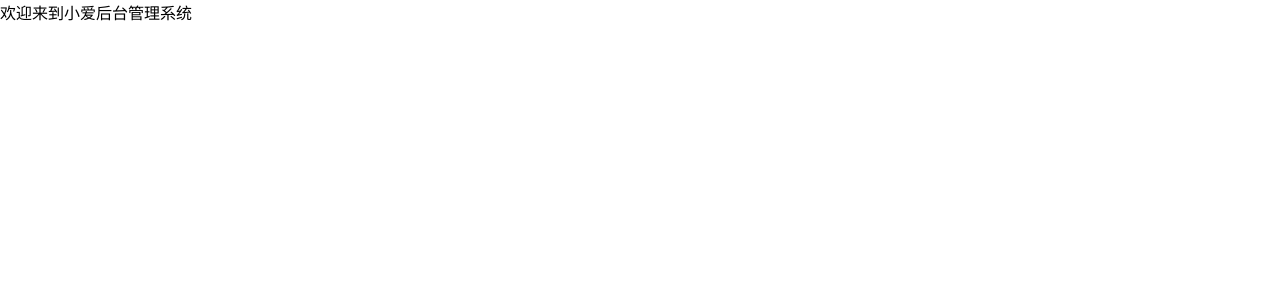
Repository: ZHANG-0714/backstage
Page: /home
These files come from the project's save history. The page is drawn as it stood at one moment and after the next save; the edit follows.
The browser window is 1280 px wide. The pictures show the whole page.
The project was rebuilt for these pictures with package versions that can differ from the ones it lists, and the page was loaded fresh each time. Also part of the build but not shown: vue.config.js, src/views/Home.vue.

Above is the page before, as saved 2020-08-31 16:07:58.

After the next save:
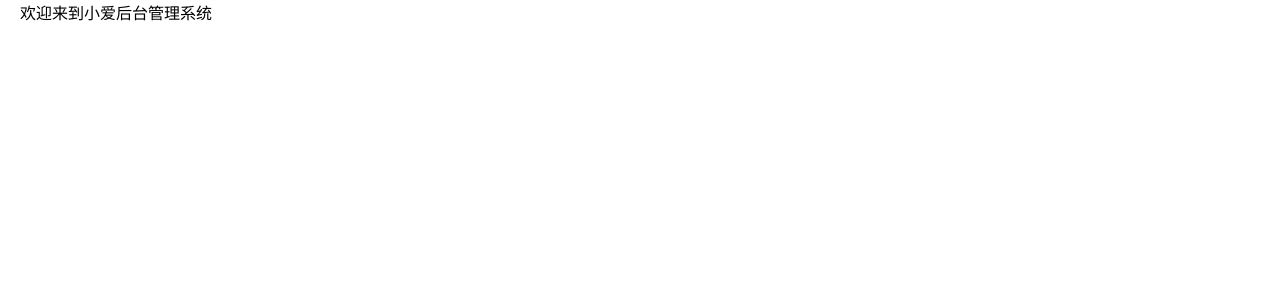
Saved 73 s later.
--- a/src/components/public/headTop.vue
+++ b/src/components/public/headTop.vue
@@ -1,6 +1,6 @@
 <template>
   <!-- 头部组件 -->
-  <div>
+  <div class="top">
     <div>欢迎来到小爱后台管理系统</div>
   </div>
 </template>
@@ -21,4 +21,8 @@ export default {
 </script>
 
 <style scoped lang='scss'>
+.top {
+  height: 60px;
+  padding: 0 20px;
+}
 </style>
